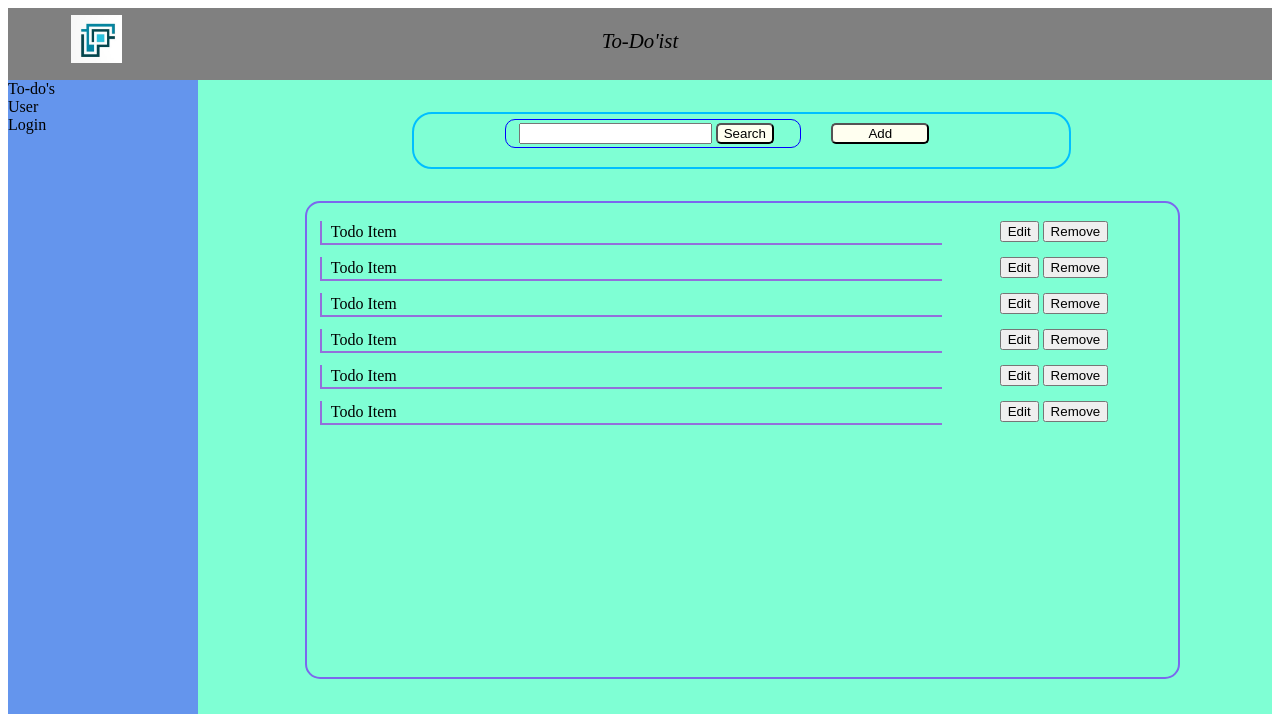
Repository: tavisca-pkadam/Todo-Website
Page: home.html
The author's editor kept a copy of each file at every save. The page is drawn from the files as they stood at one save, then again after a run of saves.
The browser window is 1280 px wide. The pictures show the whole page.

Above is the page before, as saved 2019-08-20 08:36:05.

After the next 2 saves:
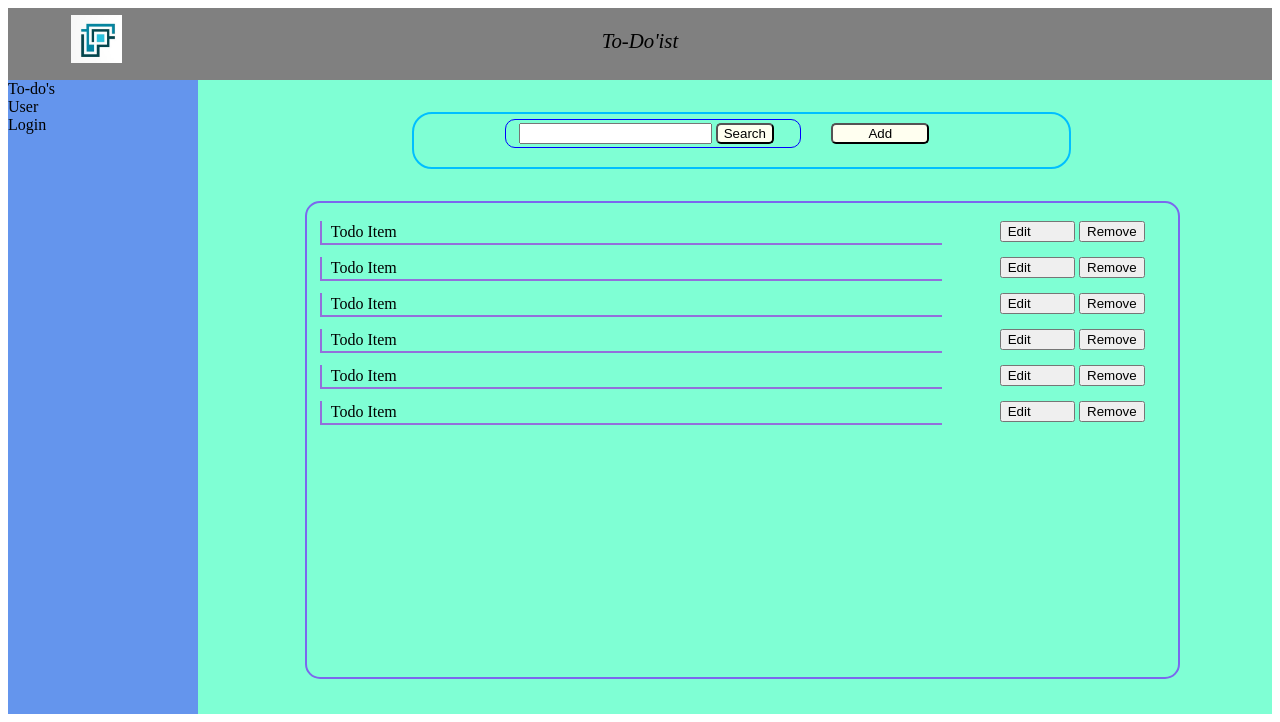
The 2 saves are shown as one change because they came seconds apart.
The last was saved 19 s later.
--- a/main.css
+++ b/main.css
@@ -108,6 +108,7 @@
 
 .todo_edit_btn{
     margin-left: 80%;
+    padding-right: 5%;
 }
 
 .todo_detail{

After the save that followed:
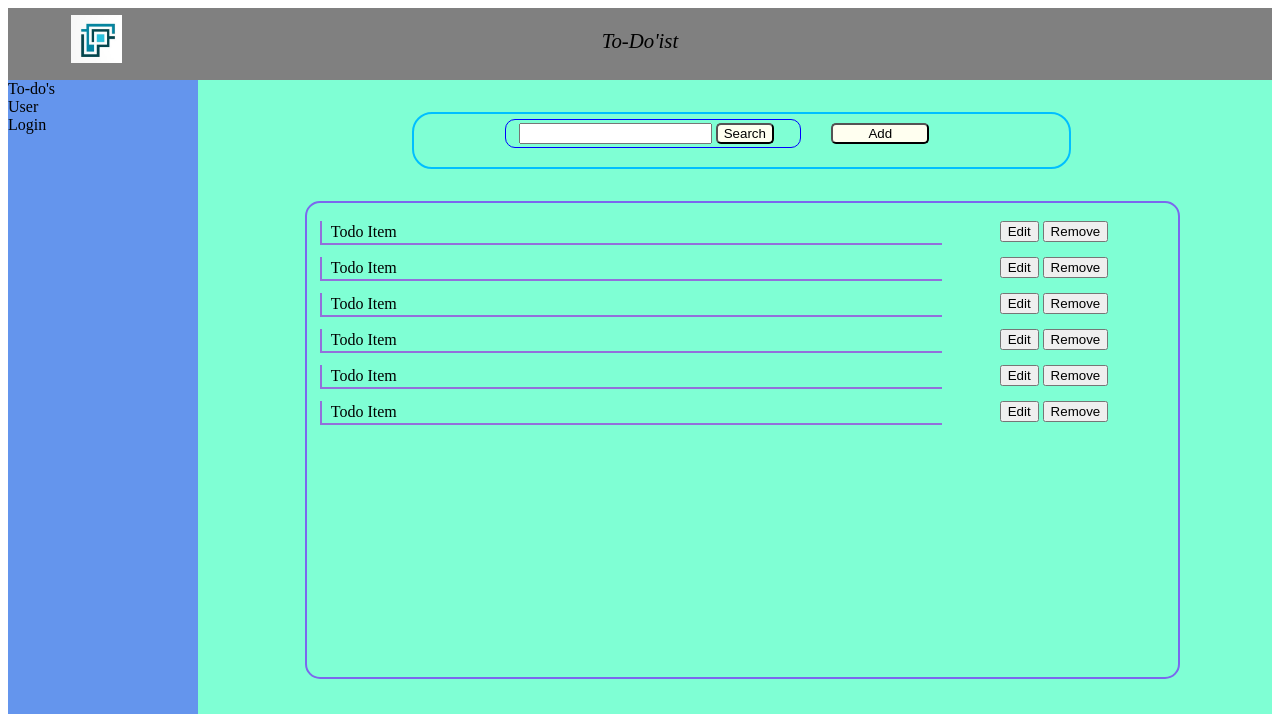
Saved 4 s later.
--- a/main.css
+++ b/main.css
@@ -108,7 +108,7 @@
 
 .todo_edit_btn{
     margin-left: 80%;
-    padding-right: 5%;
+    padding-right:
 }
 
 .todo_detail{
